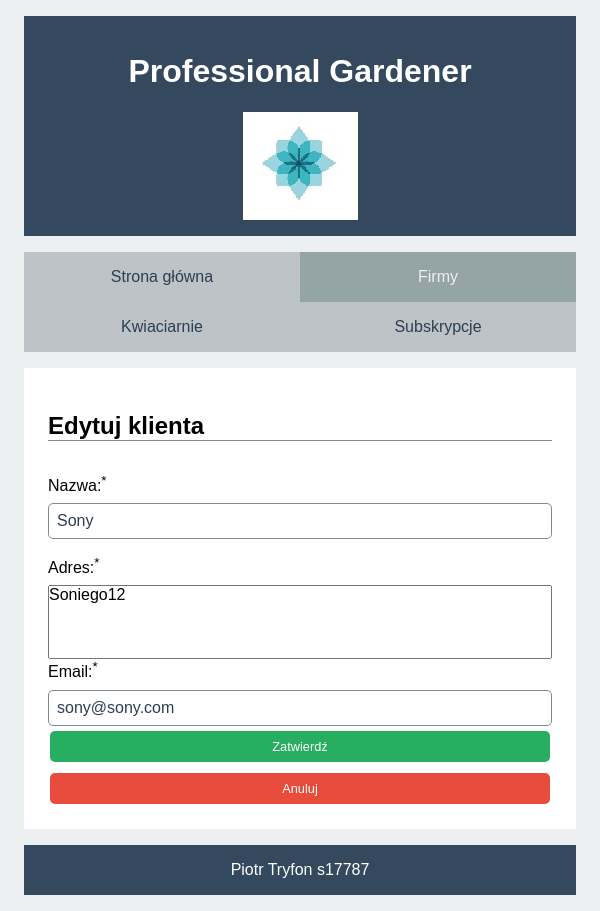
Repository: s17787/TIN
Page: tin_zaoczne_12_s17787_html-css/pages/client-edit.html
These files come from the project's save history. The page is drawn as it stood at one moment and after the next save; the edit follows.
The browser window is 600 px wide. The pictures show the whole page.

Above is the page before, as saved 2021-01-06 08:22:36.

After the next save:
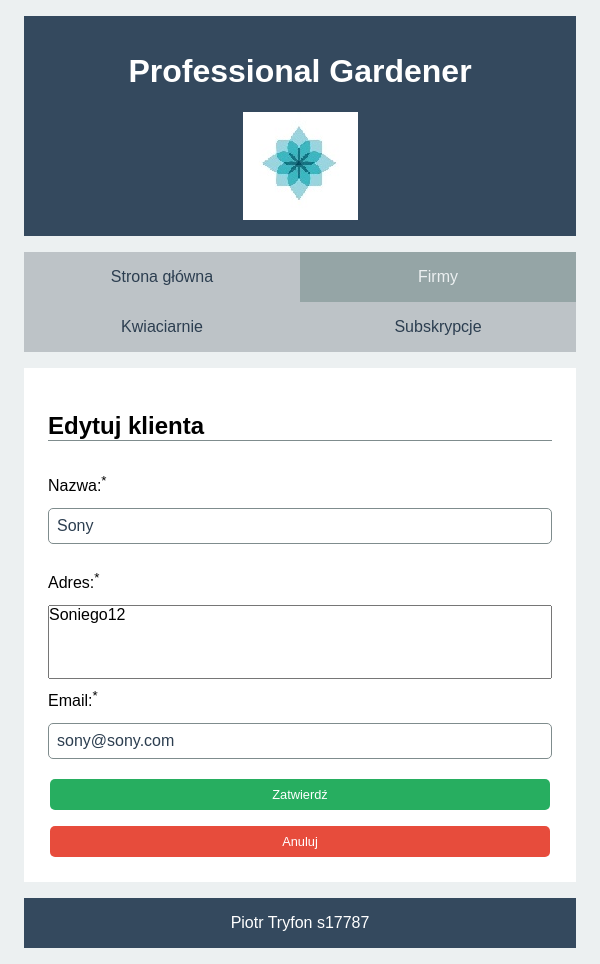
Saved 4 min 20 s later.
--- a/tin_zaoczne_12_s17787_html-css/css/style.css
+++ b/tin_zaoczne_12_s17787_html-css/css/style.css
@@ -290,6 +290,7 @@ abbr[title='required'] {
         grid-template-columns: 1fr;
         row-gap:unset;
         margin-left: unset;
+        row-gap: 0.3rem;
     }
 
     .form input[type="text"],
